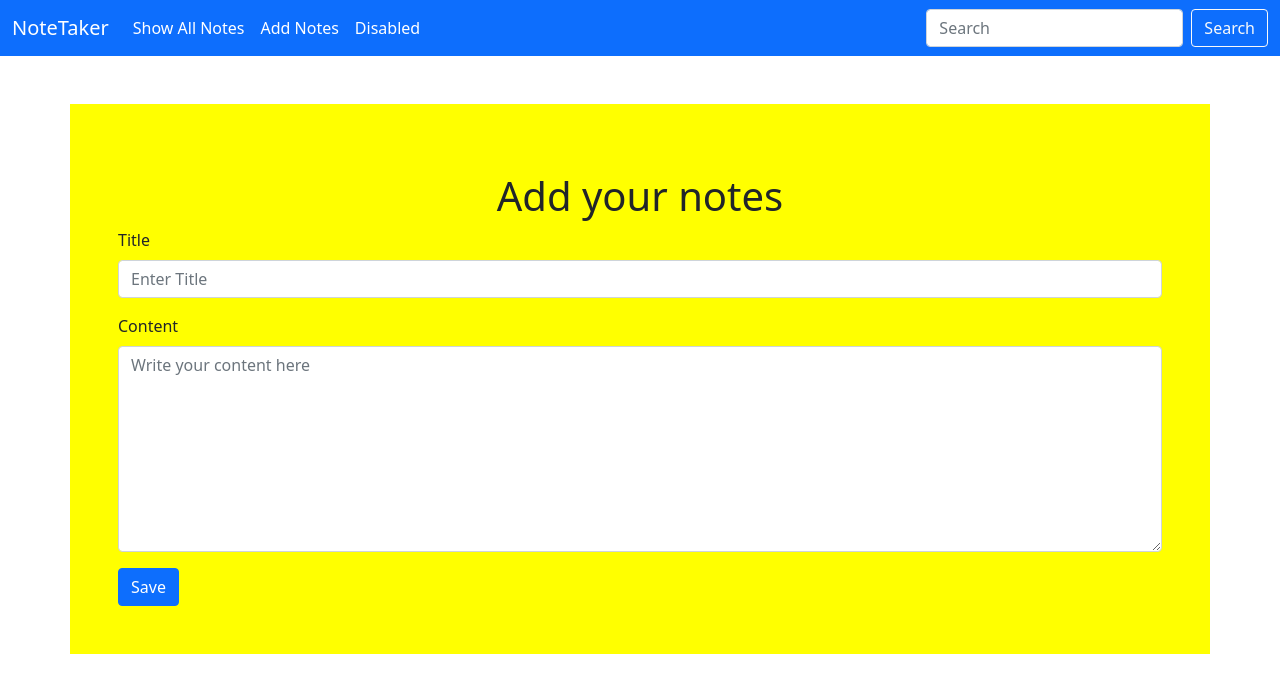
Repository: Shubham-Kumar-cmd/Hibernate
Page: http://localhost/NoteTakerApp/addNotes.jsp
These files come from the project's save history. The page is drawn as it stood at one moment and after the next save; the edit follows.
The browser window is 1280 px wide. The pictures show the whole page.
The page is served by Tomcat 9.

Above is the page before, as saved 2023-02-07 13:18:58.

After the next save:
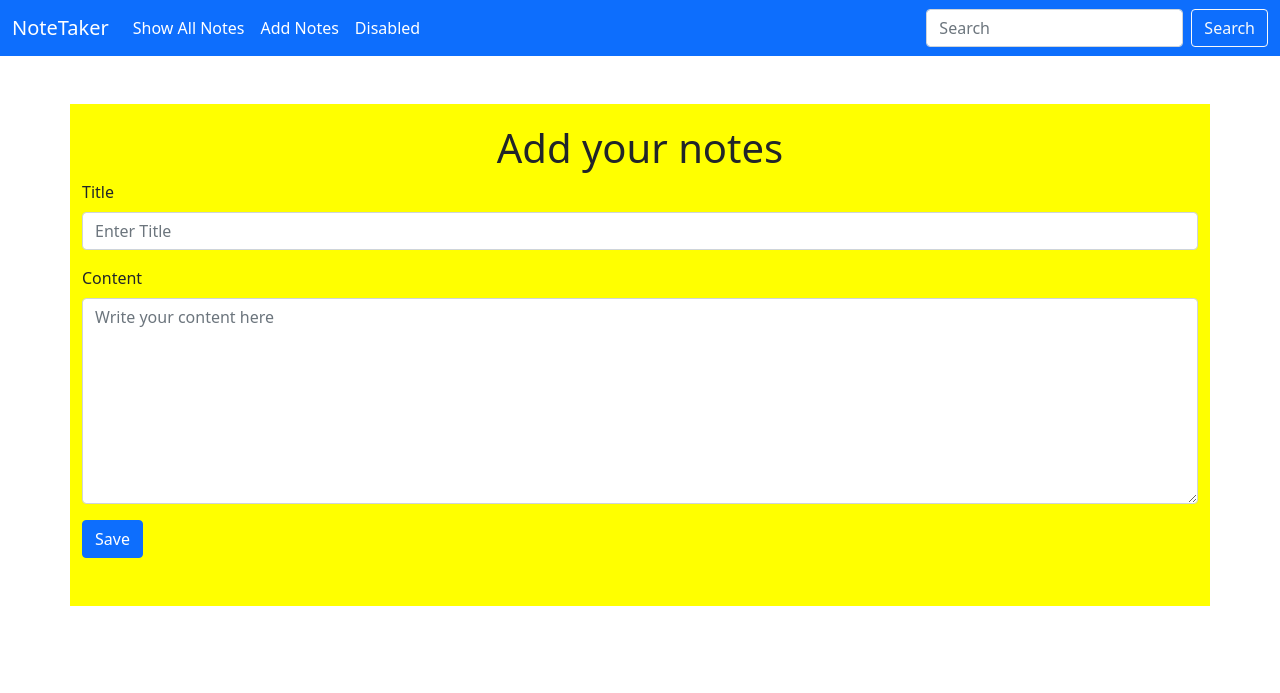
Saved 10 s later.
--- a/NoteTakerApp/src/main/webapp/addNotes.jsp
+++ b/NoteTakerApp/src/main/webapp/addNotes.jsp
@@ -15,7 +15,7 @@
 </head>
 <body>
 
-<div class="container mt-5 p-5">
+<div class="container mt-5 pb-5">
 	<h1 class="title">Add your notes</h1>
 	<form action="" method="post">
 		<div class="mb-3">
